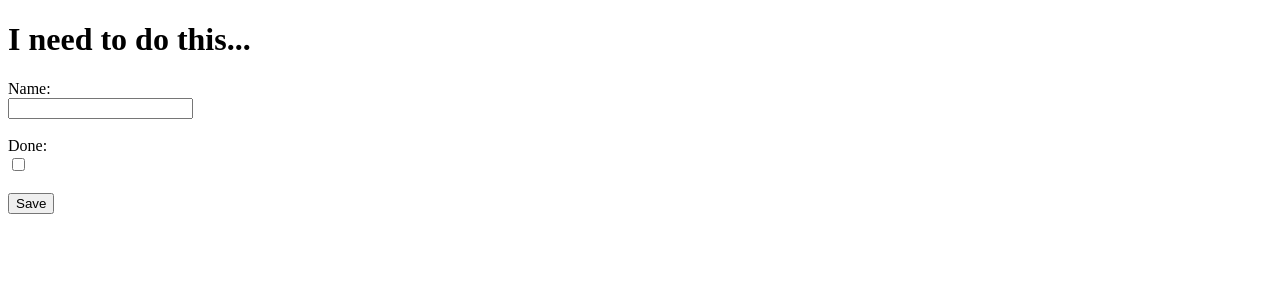
Repository: stiofanEimeid/ci-solutions
Page: http://localhost/add
The author's editor kept a record of every edit. The page is drawn from the files as they stood at one moment, then again after the next edit.
The browser window is 1280 px wide. The pictures show the whole page.
The page is served by the project's application, run on Django 2.2 (manage.py).

Above is the page before.

After the next edit:
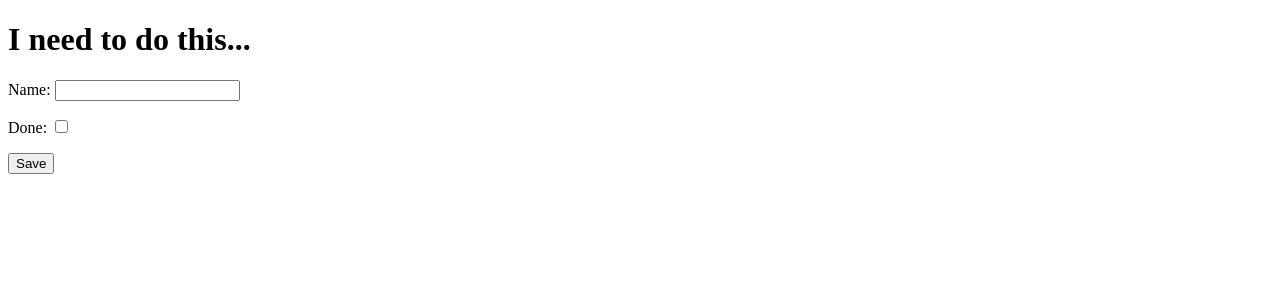
The edit:
--- a/todo/templates/item_form.html
+++ b/todo/templates/item_form.html
@@ -13,12 +13,7 @@
 
         {% csrf_token %}
 
-        <label for id="id_name">Name: </label><br>
-        <input type="text" id="id_name" name="name"/><br>
-        <br>
-        <label for id="id_done">Done: </label><br>
-        <input type="checkbox" id="id_done" name="done"/><br>
-        <br>
+        {{ form.as_p }}
         <button type="submit">Save</button>
     </form>
 
